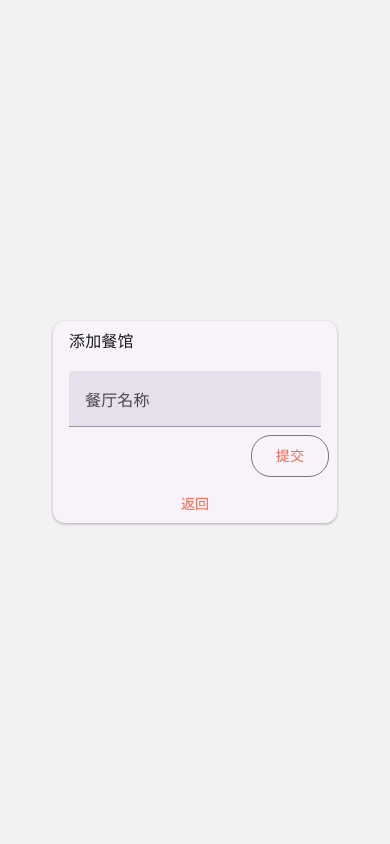
Repository: RidenShogunei/react-native-liveapp
Screen: /Add (app in LiveTool/)
These files come from the project's save history. The screen is drawn as it stood at one moment and after the next save; the edit follows.
The page's requests for data from a server got no answer. The app was drawn by React Native's web renderer in a window 390 px wide. The project was rebuilt for these pictures with package versions that can differ from the ones it lists, and the page was loaded fresh each time. No one was signed in, and anything a server would have sent is missing. Also part of the build but not shown: LiveTool/pages/chooseRestaurant.tsx.

Above is the screen before, as saved 2024-05-12 15:41:44.

After the next save:
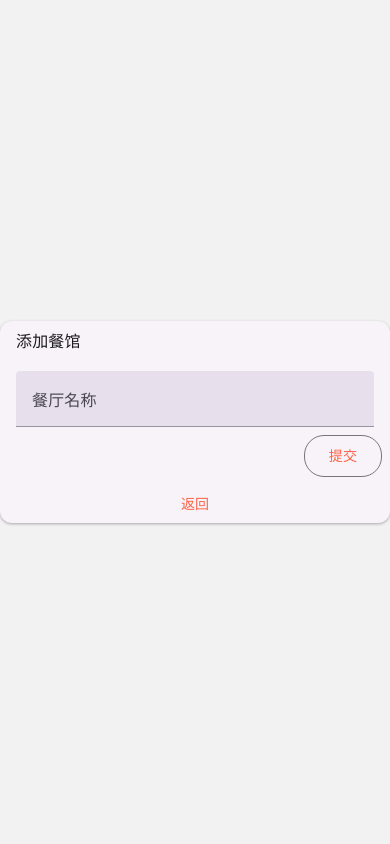
Saved 4 s later.
--- a/LiveTool/pages/add.tsx
+++ b/LiveTool/pages/add.tsx
@@ -19,7 +19,7 @@ function AddRestaurant({ navigation }) {
   }
 
   return (
-    <View style={{ flex: 1, justifyContent: 'center', alignItems: 'center' }}>
+    <View style={{ flex: 1, justifyContent: 'center' }}>
       <Card>
         <Card.Title title="添加餐馆" />
         <Card.Content>
